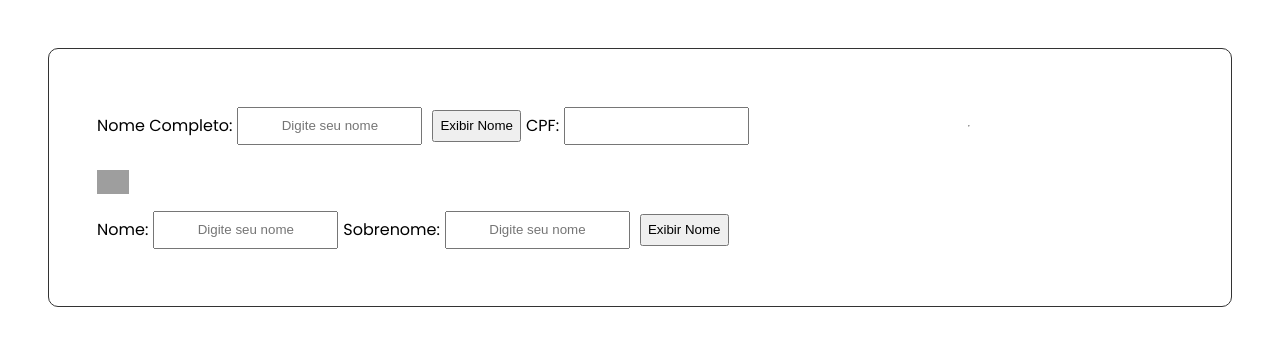
Repository: guilhermecardoso93/exerciciosjs
Page: index.html
The author's editor kept a copy of each file at every save. The page is drawn from the files as they stood at one save, then again after the next save.
The browser window is 1280 px wide. The pictures show the whole page.
Pictures or frames that could not be fetched are drawn as grey boxes.

Above is the page before, as saved 2023-05-20 12:54:06.

### index.html
<!DOCTYPE html>
<html lang="pt-Br">
  <head>
    <meta charset="UTF-8">
    <meta http-equiv="X-UA-Compatible" content="IE=edge">
    <meta name="viewport" content="width=device-width, initial-scale=1.0">
    <link rel="preconnect" href="https://fonts.googleapis.com">
    <link rel="preconnect" href="https://fonts.gstatic.com" crossorigin>
    <link rel="stylesheet" href="styles.css">
    <link
      href="https://fonts.googleapis.com/css2?family=Poppins:wght@400;500&display=swap"
      rel="stylesheet">
    <title>40 - exercícios de JS</title>
  </head>
  <body>
    <div class="NameDiv">
      <p>Nome Completo:</p>
      <input type="text" name="name" id="name"
        placeholder="Digite seu nome"/>
      <br />
      <input type="button" value="Exibir Nome" id="exibir-nome"/>
      <p>CPF:</p>
      <input maxlength="14" id="cpf" />
      <hr />
    </div>
    <p id="name-length" value></p>
    <img id="lamp" src="https://www.w3schools.com/js/pic_bulboff.gif">

    <div class="fullNameDiv">
      <p>Nome:</p>
      <input type="text" name="name-2" id="name-2"
        placeholder="Digite seu nome"/>
      <p>Sobrenome:</p>
      <input type="text" name="fullname" id="fullname"
        placeholder="Digite seu nome"/>
      <br/>
      <input type="button" value="Exibir Nome" id="exibir-nome-convidado"/>
    </div>
  </body>
  <script src="./script.js"></script>
</html>

### styles.css
body {
  font-family: "Poppins", sans-serif;
  margin: 3rem;
  border: 1px solid #333;
  border-radius: 10px;
  padding: 3rem;
}

#lamp{
  cursor: pointer;
  cursor: hand;
  width: 2rem;
}

.fullNameDiv{
  display: flex;
  gap: 5px;
  align-items: center;
  justify-content: start;
}

body input {
  height: 2rem;
  text-align: center;
}

div{
  display: flex;
  gap: 5px;
  align-items: center;
  justify-content: center;
}

### script.js
//alert('Hello World!');
const conta = `valor de 2 + 2 é`;
//alert(`${conta} ${2 + 2}` )

const buttonShowName = document.getElementById("exibir-nome");

buttonShowName.addEventListener("click", () => {
  const inputValue = document.getElementById("name").value;
  alert(`Meu nome Completo é ${inputValue}`);
  alert(`A quantidade de letras no seu nome é de ${inputValue.length}`);
});

function turnOnOff() {
  var image = document.getElementById("lamp").src;
  var lampOn = "https://www.w3schools.com/js/pic_bulbon.gif";
  var lampOff = "https://www.w3schools.com/js/pic_bulboff.gif";

  if (image == lampOn) {
    document.getElementById("lamp").src = lampOff;
  } else {
    document.getElementById("lamp").src = lampOn;
  }
}
document.getElementById("lamp").addEventListener("mouseover", turnOnOff);
//document.getElementById("lamp").addEventListener("click", turnOnOff);

const buttonShowFullName = document.getElementById("exibir-nome-convidado");

buttonShowFullName.addEventListener("click", () => {
  const inputValueName = document.getElementById("name-2").value;
  const inputValueFullName = document.getElementById("fullname").value;
  alert(`Meu nome Completo é ${inputValueName} ${inputValueFullName}`);
});

const cpf = document.querySelector("#cpf");

cpf.addEventListener("keyup", () => {
  let value = cpf.value.replace(/[^0-9]/g, "").replace(/^([\d]{3})([\d]{3})?([\d]{3})?([\d]{2})?/, "$1.$2.$3-$4");

  cpf.value = value;
});

After the next save:
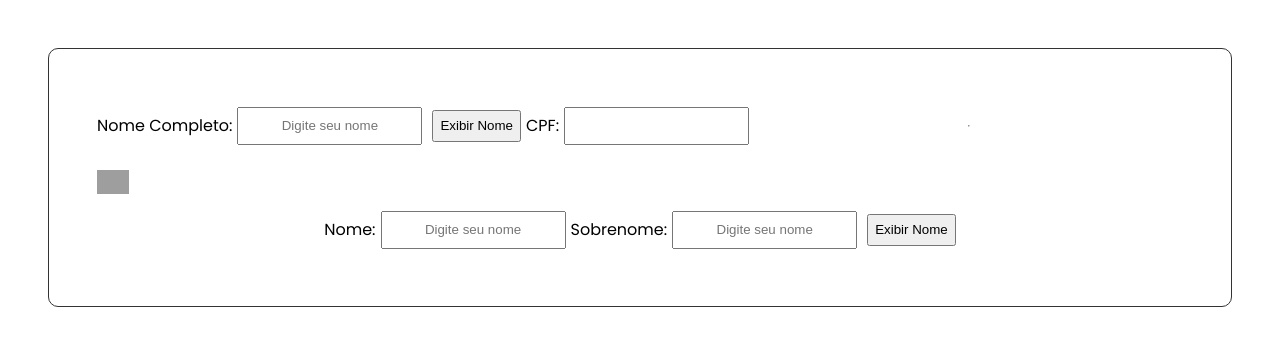
Saved 6 s later.
--- a/styles.css
+++ b/styles.css
@@ -6,17 +6,10 @@ body {
   padding: 3rem;
 }
 
-#lamp{
+#lamp {
   cursor: pointer;
   cursor: hand;
   width: 2rem;
-}
-
-.fullNameDiv{
-  display: flex;
-  gap: 5px;
-  align-items: center;
-  justify-content: start;
 }
 
 body input {
@@ -24,7 +17,7 @@ body input {
   text-align: center;
 }
 
-div{
+div {
   display: flex;
   gap: 5px;
   align-items: center;
